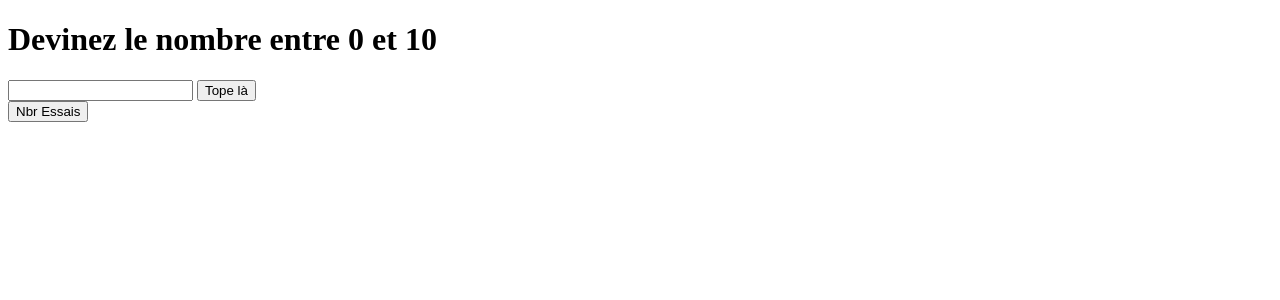
Repository: TheD3us/javaavance
Page: CrazyNumber/WebContent/HTML/Formulaire.html
An editor plug-in stored every save of this project. The page is shown before and after the next save, followed by the edit.
The browser window is 1280 px wide. The pictures show the whole page.

Above is the page before, as saved 2022-05-03 07:45:20.
Not found: CrazyNumber/WebContent/CSS/marx.min.css

### CrazyNumber/WebContent/HTML/Formulaire.html
<!DOCTYPE html>
<html>
<head>
<link rel="stylesheet" href="/CSS/marx.min.css">
<meta charset="ISO-8859-1">
<title>Les nombres en folie !!!</title>
</head>
<body>
	<form method="GET" action="/CrazyNumber/Formulaire">
	<h1>Devinez le nombre entre 0 et 10</h1>
	<input name="num" type="number" >
	<input type="submit" value="Tope là">
	</form>
	<form method="POST" action="/CrazyNumber/Formulaire">
	<input type="submit" value="Nbr Essais">
	</form>
</body>
</html>

Loaded but not shown: CrazyNumber/WebContent/HTML/CSS/marx.min.css (library)

After the next save:
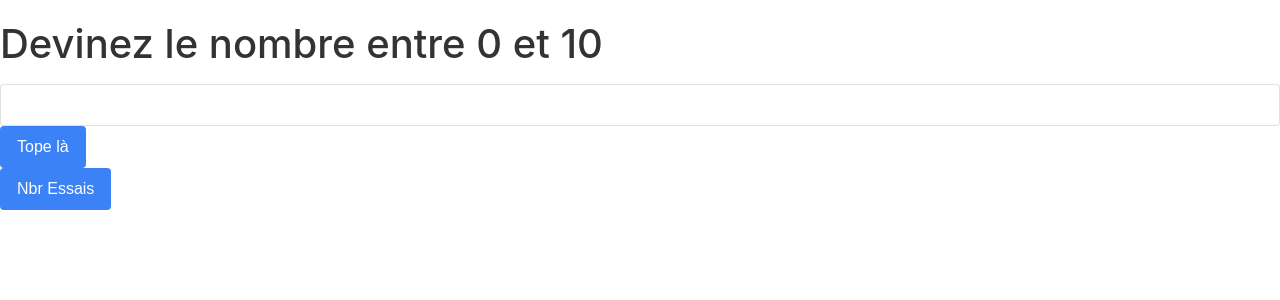
Saved 81 s later.
--- a/CrazyNumber/WebContent/HTML/Formulaire.html
+++ b/CrazyNumber/WebContent/HTML/Formulaire.html
@@ -1,7 +1,7 @@
 <!DOCTYPE html>
 <html>
 <head>
-<link rel="stylesheet" href="/CSS/marx.min.css">
+<link rel="stylesheet" href="CSS/marx.min.css">
 <meta charset="ISO-8859-1">
 <title>Les nombres en folie !!!</title>
 </head>
